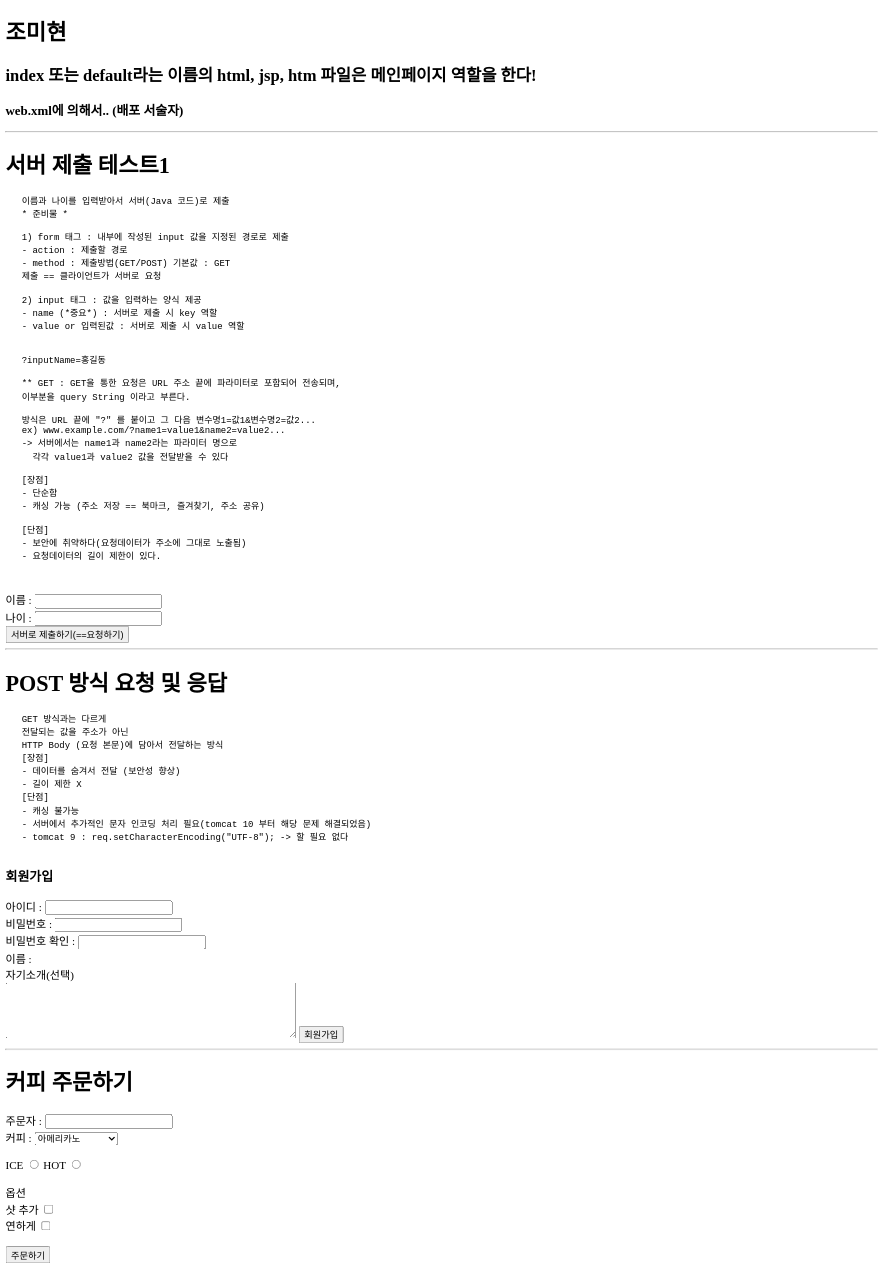
Repository: ghddbsrl1234/05_Server
Page: ServletProject/src/main/webapp/index.html
The author's editor kept a copy of each file at every save. The page is drawn from the files as they stood at one save, then again after the next save.
The browser window is 1280 px wide. The pictures show the whole page, at 69% of full size.

Above is the page before, as saved 2025-11-17 05:32:36.

After the next save:
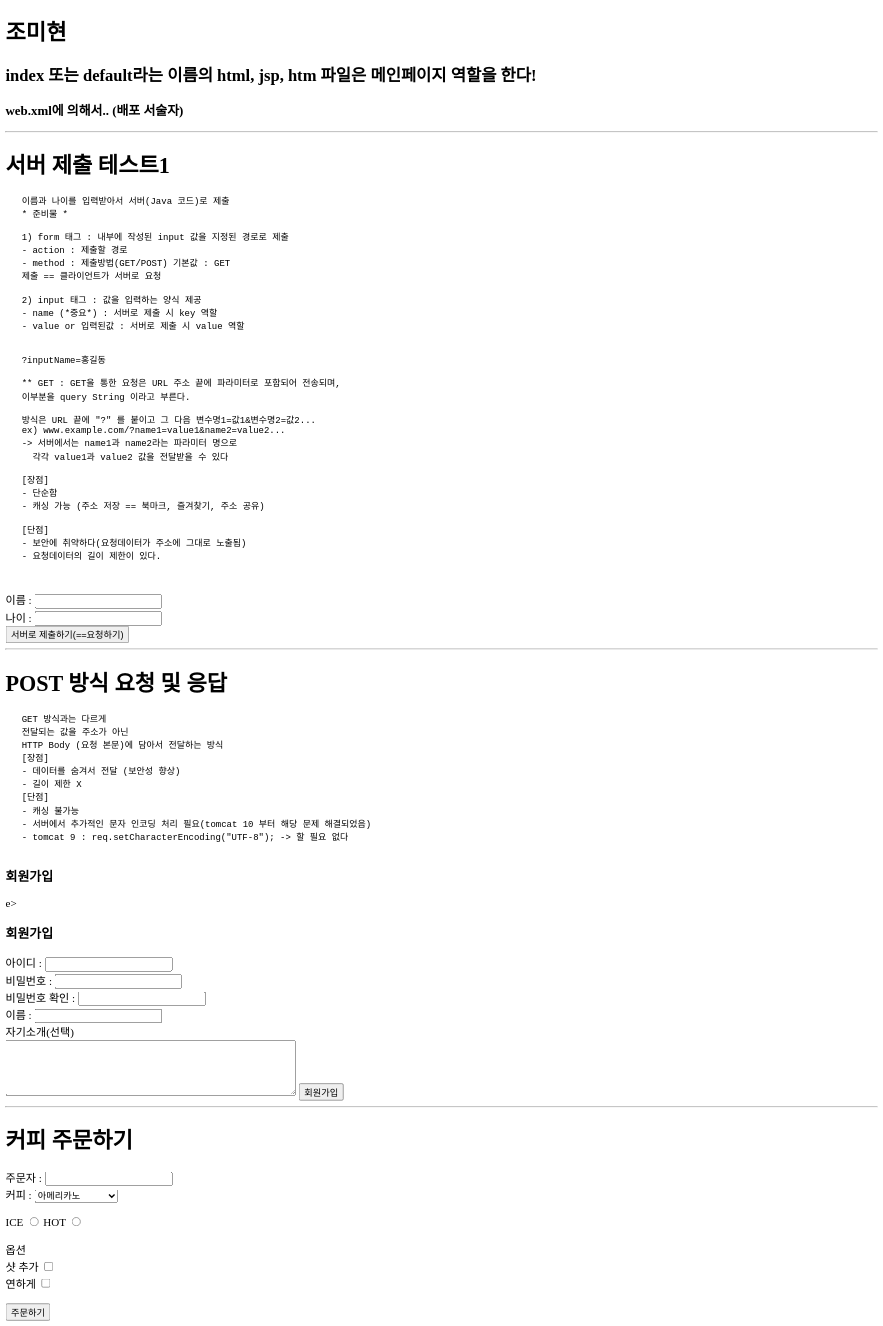
Saved 2 min 39 s later.
--- a/ServletProject/src/main/webapp/index.html
+++ b/ServletProject/src/main/webapp/index.html
@@ -70,16 +70,17 @@
 
 	<h3>회원가입</h3>
 
+e>
+	<h3>회원가입</h3>
 	<form action="/signUp" method="post">
-	아이디 : <input type="text" name="inputId" required> <br>
-	비밀번호 : <input type="password" name="inputPw" required> <br>
-	비밀번호 확인 : <input type="password"> <br>
-	이름 : <inputname="inputName" required>
-	<br> 자기소개(선택) <br>
-	<textarea name="intro" cols="50" rows="5"></textarea>
+		아이디 : <input type="text" name="inputId" required> <br>
+		비밀번호 : <input type="password" name="inputPw" required> <br>
+		비밀번호 확인 : <input type="password"> <br> 이름 : <input
+			name="inputName" required> <br> 자기소개(선택) <br>
+		<textarea name="intro" cols="50" rows="5"></textarea>
+		<button>회원가입</button>
+	</form>
 
-	<button>회원가입</button>
-	</form>
 
 	<hr>
 
